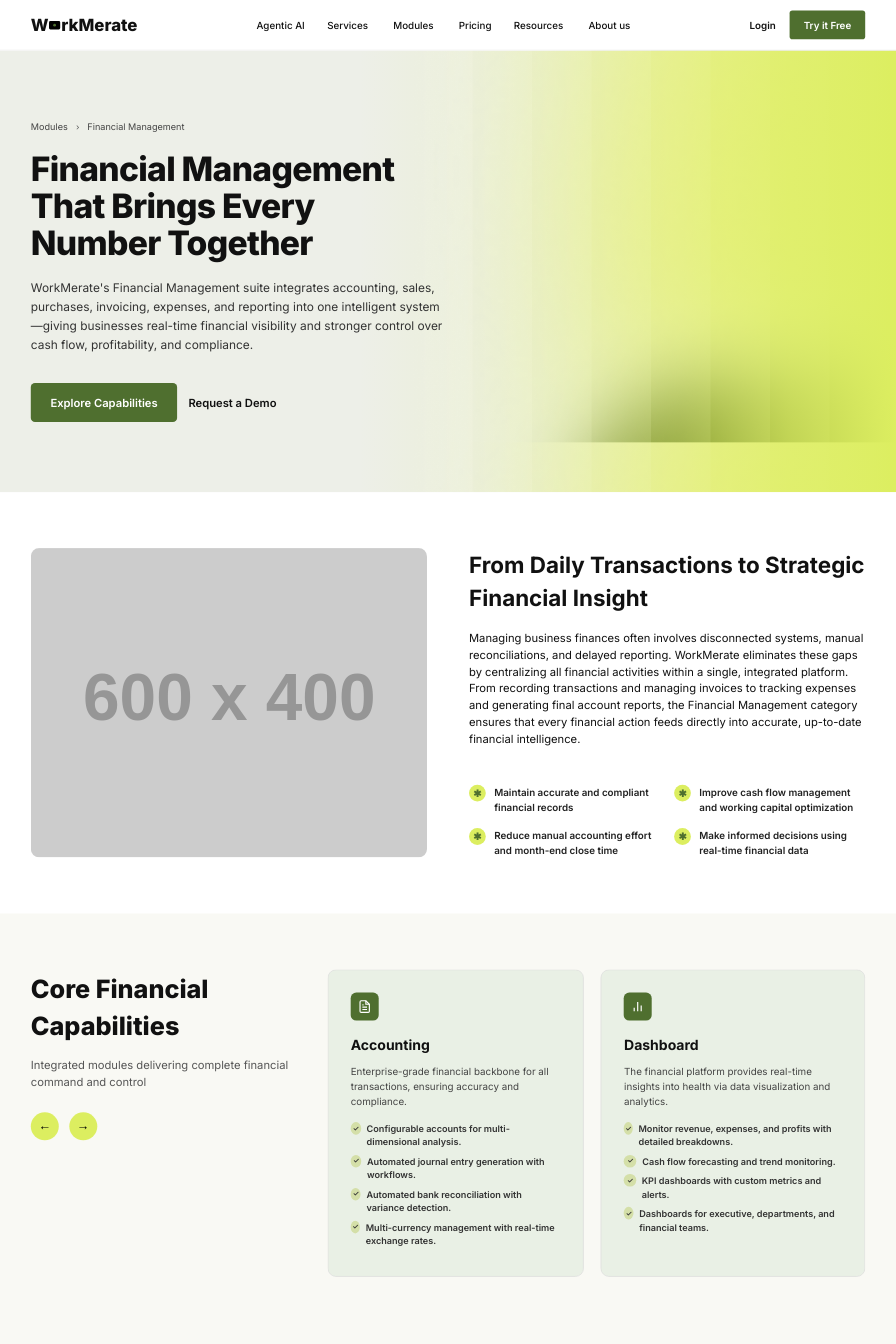
Repository: Opawumi/work_merate
Page: financial-management.html
An editor plug-in stored every save of this project. The page is shown before and after a run of saves, followed by the edit.
The browser window is 1280 px wide. The pictures show the part of the page from y = 0 to 1920 px (the page is 4183 px tall), at 70% of full size.

Above is the page before, as saved 2026-02-02 21:39:16.

After the next 2 saves:
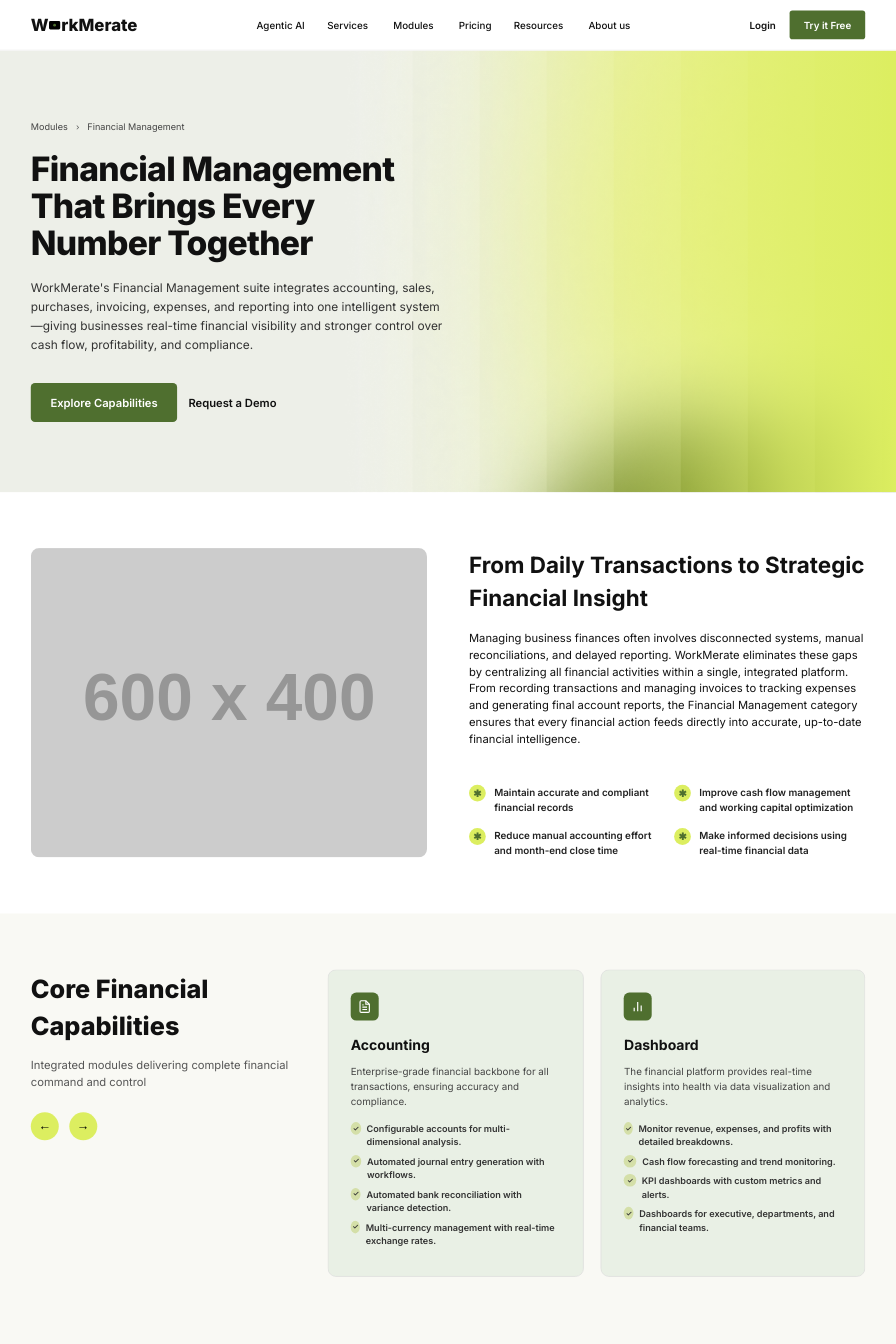
The 2 saves are shown as one change because they came seconds apart.
The last was saved 5 s later.
--- a/financial-management.css
+++ b/financial-management.css
@@ -151,7 +151,7 @@
 
 /* --- 1. Hero Section --- */
 .hero-finance {
-  background: url("./assets/green-lime-full-bg.png");
+  background: url("./assets/green-lime-full-bg.png") no-repeat center/cover;
   position: relative;
   padding: 100px 0;
   overflow: hidden;
